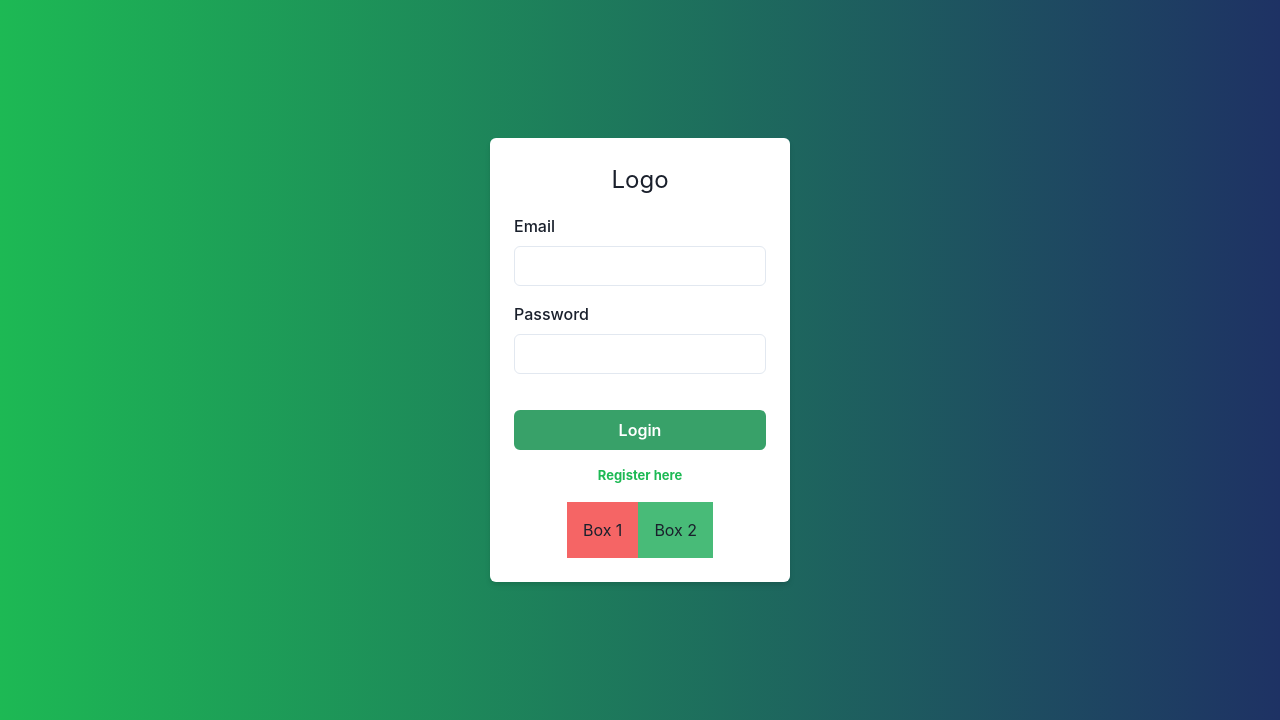
Repository: vbmn-cin-ufpe/todolist-front
Page: /
These files come from the project's save history. The page is drawn as it stood at one moment and after the next save; the edit follows.
The browser window is 1280 px wide. The pictures show the whole page.
The project was rebuilt for these pictures with package versions that can differ from the ones it lists, and the page was loaded fresh each time. Also part of the build but not shown: vite.config.ts, src/pages/RegisterPage.tsx, src/pages/HomePage.tsx.

Above is the page before, as saved 2024-07-23 03:35:57.

### src/main.tsx
import React from 'react'
import ReactDOM from 'react-dom/client'
import App from './App.tsx'
import { ChakraProvider } from '@chakra-ui/react';

ReactDOM.createRoot(document.getElementById('root')!).render(
  <React.StrictMode>
    <ChakraProvider>
      <App />
    </ChakraProvider>
  </React.StrictMode>,
)

### src/App.tsx

import { useState } from 'react';
import { BrowserRouter as Router, Route, Routes } from 'react-router-dom';
import LoginPage from './pages/LoginPage';
import RegisterPage from './pages/RegisterPage';
import HomePage from './pages/HomePage';


function App() {
  const [page, setPage] = useState('login');

  return (
    <>
      <Router>
      <Routes>
        <Route path="/" element={page === 'login' ? <LoginPage setPage={setPage} /> : <RegisterPage setPage={setPage} />} />
        <Route path="/home" element={<HomePage setPage={setPage} />} />
      </Routes>
    </Router>
    </>
  )
}

export default App

### src/pages/LoginPage.tsx
import { useState } from 'react';
import { Box, Button, Input, FormControl, FormLabel, VStack, Text, Flex,Spacer, useToast } from '@chakra-ui/react';
import axios from 'axios';

const LoginPage = ({ setPage }) => {
  const [email, setEmail] = useState('');
  const [password, setPassword] = useState('');
  const toast = useToast();

  const handleLogin = async () => {
    try {
      await axios.post('/api/login', { email, password });
      toast({ title: 'Logged in successfully', status: 'success' });
      setPage('home');
    } catch (error) {
      toast({ title: 'Login failed', status: 'error' });
    }
  };

  return (
    <Box
      display="flex"
      justifyContent="center"
      alignItems="center"
      height="100vh"
      bgGradient="linear(to-r, #1DB954, #1E3264)"
    >
      <Box
        width="300px"
        p="6"
        boxShadow="md"
        bg="white"
        borderRadius="md"
        textAlign="center"
      >
        <Text fontSize="2xl" mb="4">Logo</Text>
        <VStack spacing="4">
          <FormControl>
            <FormLabel>Email</FormLabel>
            <Input type="email" value={email} onChange={(e) => setEmail(e.target.value)} />
          </FormControl>
          <FormControl>
            <FormLabel>Password</FormLabel>
            <Input type="password" value={password} onChange={(e) => setPassword(e.target.value)} />
          </FormControl>
          <Button colorScheme="green" onClick={handleLogin} width="100%" mt="5">Login</Button>
          <Box>
            <Text fontSize="small" fontWeight="bold" color="#1DB954" cursor="pointer" onClick={() => setPage('register')}>
                Register here
            </Text>
          </Box>
          <Flex>
          <Box p='4' bg='red.400'>
              Box 1
          </Box>
          <Spacer />
          <Box p='4' bg='green.400'>
              Box 2
          </Box>
          </Flex>

        </VStack>
      </Box>
    </Box>
  );
};

export default LoginPage;

Loaded but not shown: index.html (common file)

After the next save:
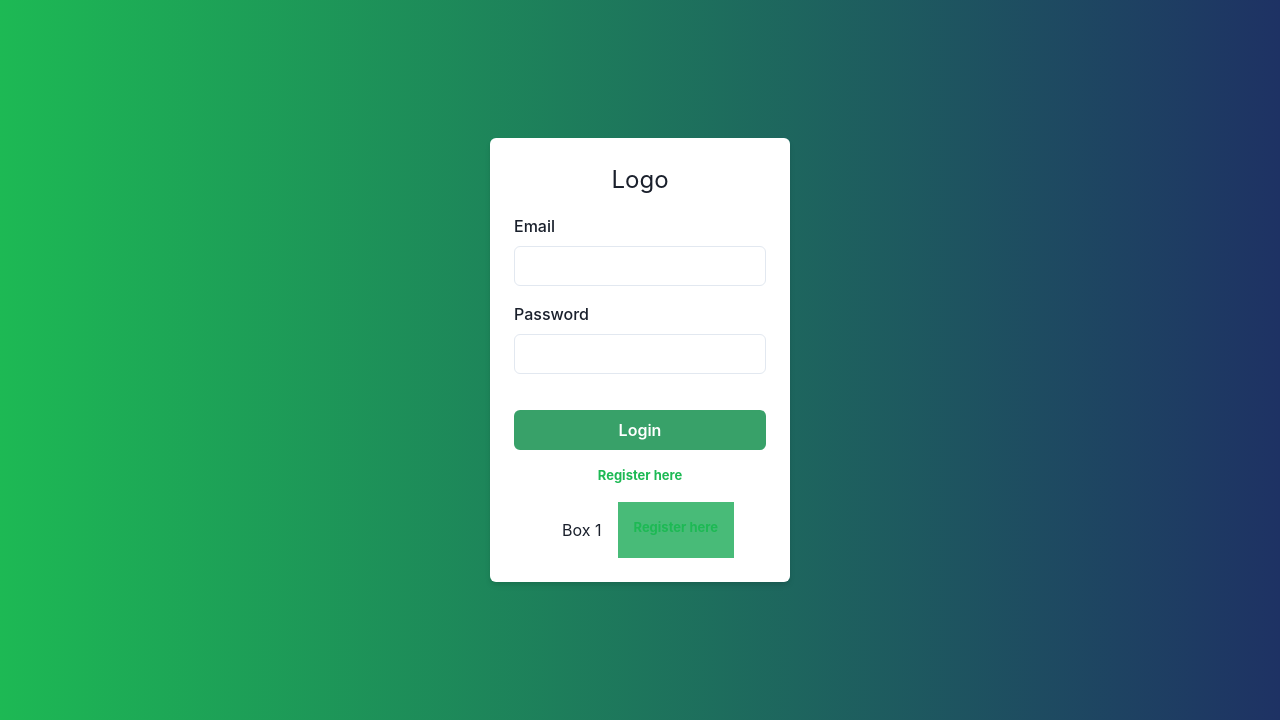
Saved 29 s later.
--- a/src/pages/LoginPage.tsx
+++ b/src/pages/LoginPage.tsx
@@ -50,12 +50,14 @@ const LoginPage = ({ setPage }) => {
             </Text>
           </Box>
           <Flex>
-          <Box p='4' bg='red.400'>
+          <Box p='4' bg='white'>
               Box 1
           </Box>
           <Spacer />
           <Box p='4' bg='green.400'>
-              Box 2
+            <Text fontSize="small" fontWeight="bold" color="#1DB954" cursor="pointer" onClick={() => setPage('register')}>
+                Register here
+            </Text>
           </Box>
           </Flex>
 
